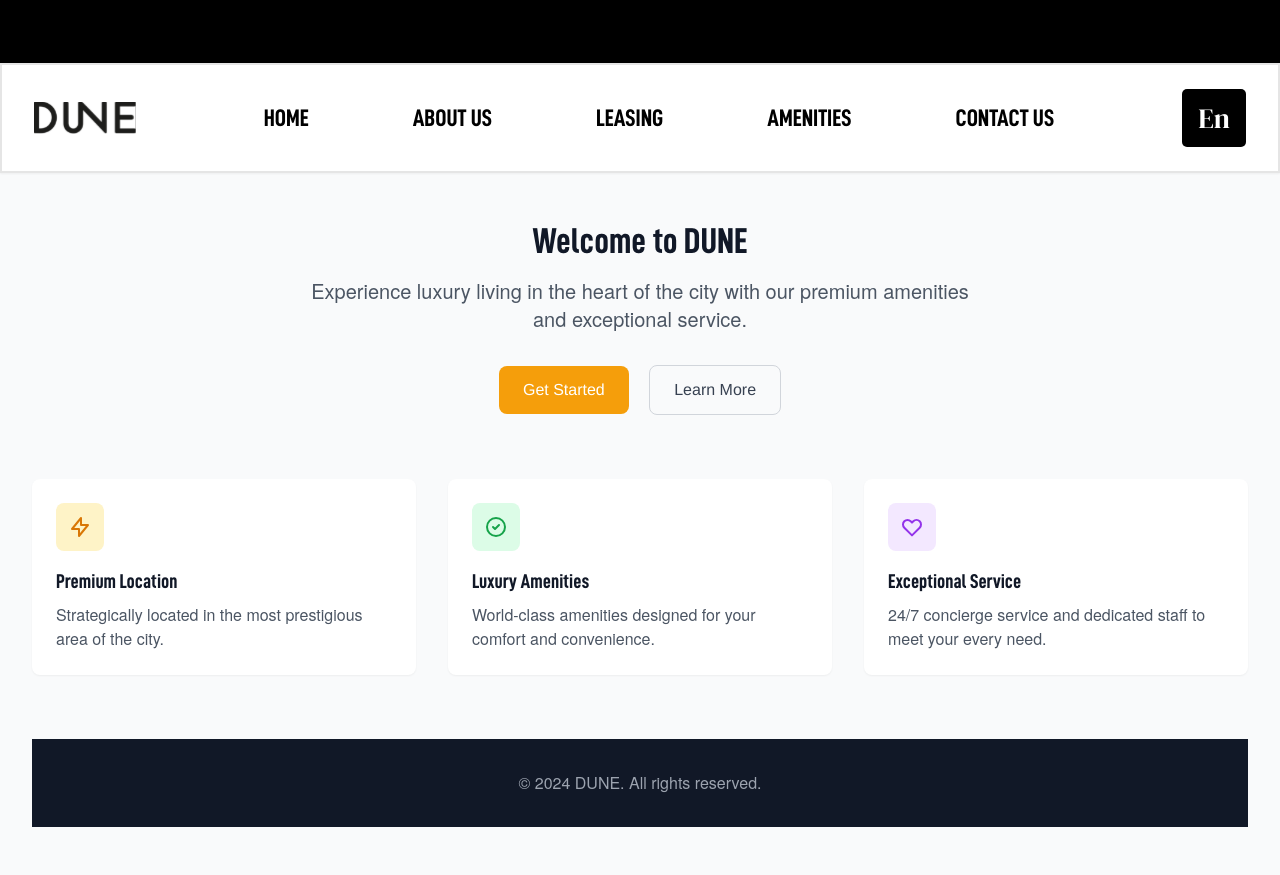
Repository: ahmedassr5765/dune
Page: index.html
The author's editor kept a copy of each file at every save. The page is drawn from the files as they stood at one save, then again after a run of saves.
The browser window is 1280 px wide. The pictures show the whole page.
Some web fonts or font styles are not loaded; a fallback is used. Some web libraries are served in a nearby version.

Above is the page before, as saved 2025-07-12 17:53:28.

After the next 2 saves:
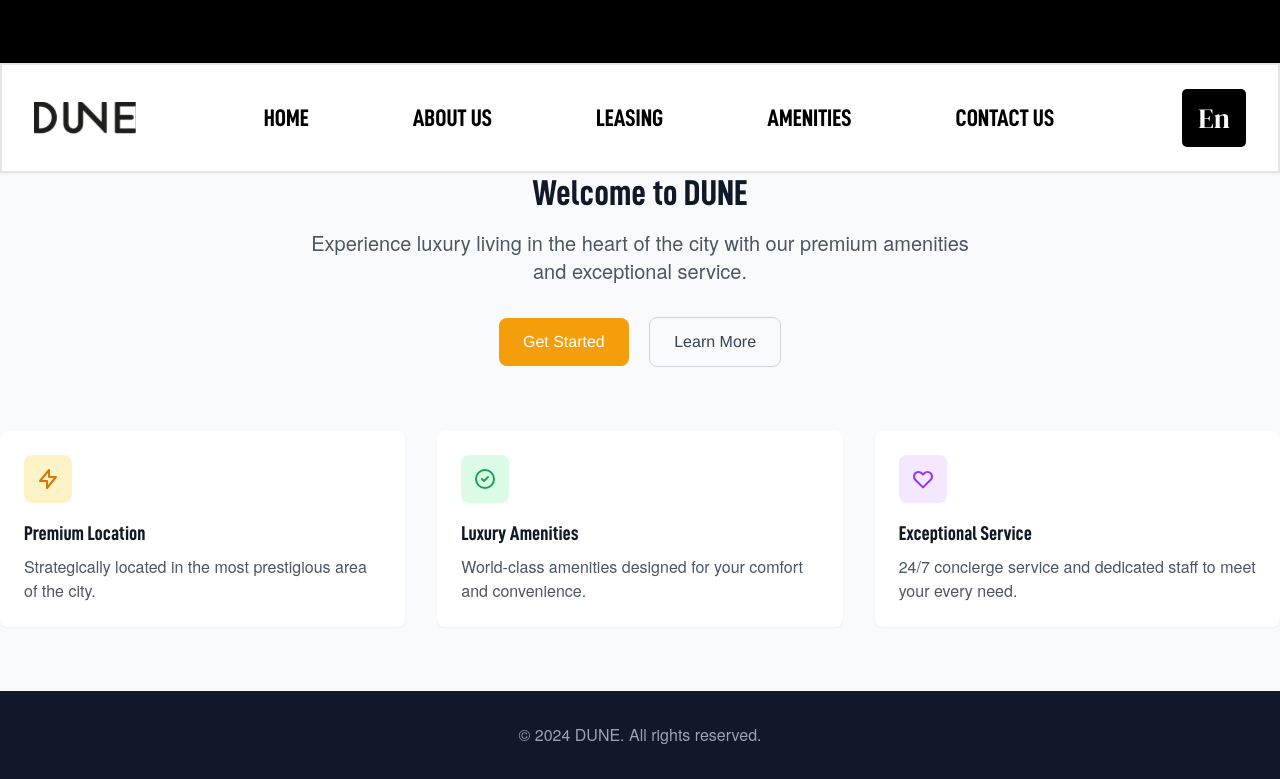
The 2 saves are shown as one change because they came seconds apart.
The last was saved 6 s later.
--- a/index.html
+++ b/index.html
@@ -137,8 +137,6 @@
         </div>
     </header>
 
-    <!-- Main Content -->
-    <main class="max-w-7xl mx-auto px-4 sm:px-6 lg:px-8 py-12">
         <!-- Hero Section -->
         <section class="text-center mb-16">
             <h2 class="text-4xl font-bold text-gray-900 font-ddin mb-4 main-title" data-en="Welcome to DUNE" data-ar="مرحباً بكم في ديون">Welcome to DUNE</h2>
